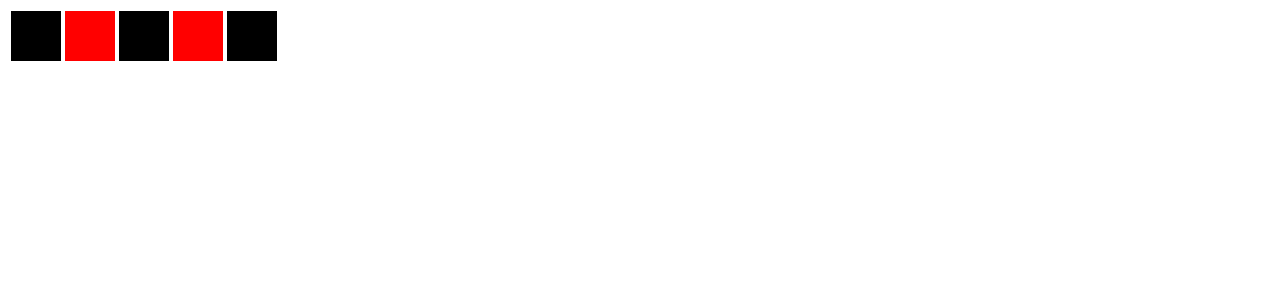
Repository: andrewjknell/JavaSpring
Page: http://localhost/CheckerBoard/NewFile.jsp
An editor plug-in stored every save of this project. The page is shown before and after the next save, followed by the edit.
The browser window is 1280 px wide. The pictures show the whole page.
The page is served by Tomcat 9.

Above is the page before, as saved 2019-11-01 23:24:12.

After the next save:
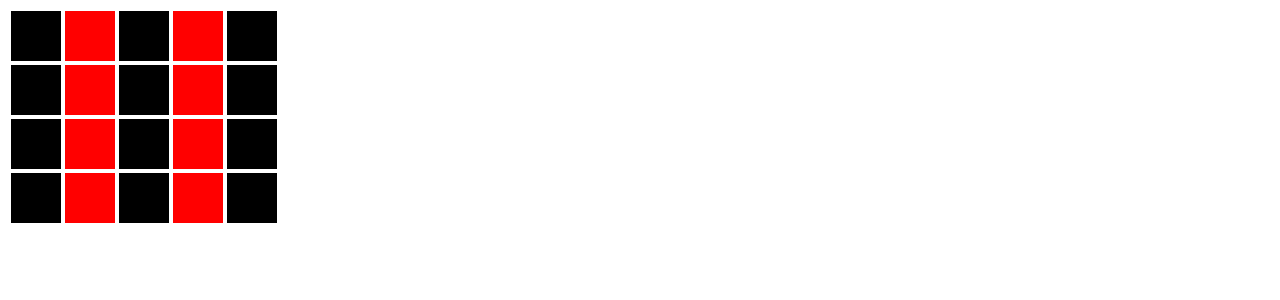
Saved 64 s later.
--- a/CheckerBoard/WebContent/NewFile.jsp
+++ b/CheckerBoard/WebContent/NewFile.jsp
@@ -10,7 +10,7 @@
 <body>
 
 	 	<table>
-
+	 		<% for(int red = 0; red < 4; red++){ %>
 	 		<tr>
 			<% for(int black = 0; black < 5; black++){ %>
 	 			<% if(black%2 == 0){ %>
@@ -21,6 +21,7 @@
 	 			<% } %>
 			<%} %>
 	 		</tr>
+	 		<% } %>
 
 	 	</table>
 
